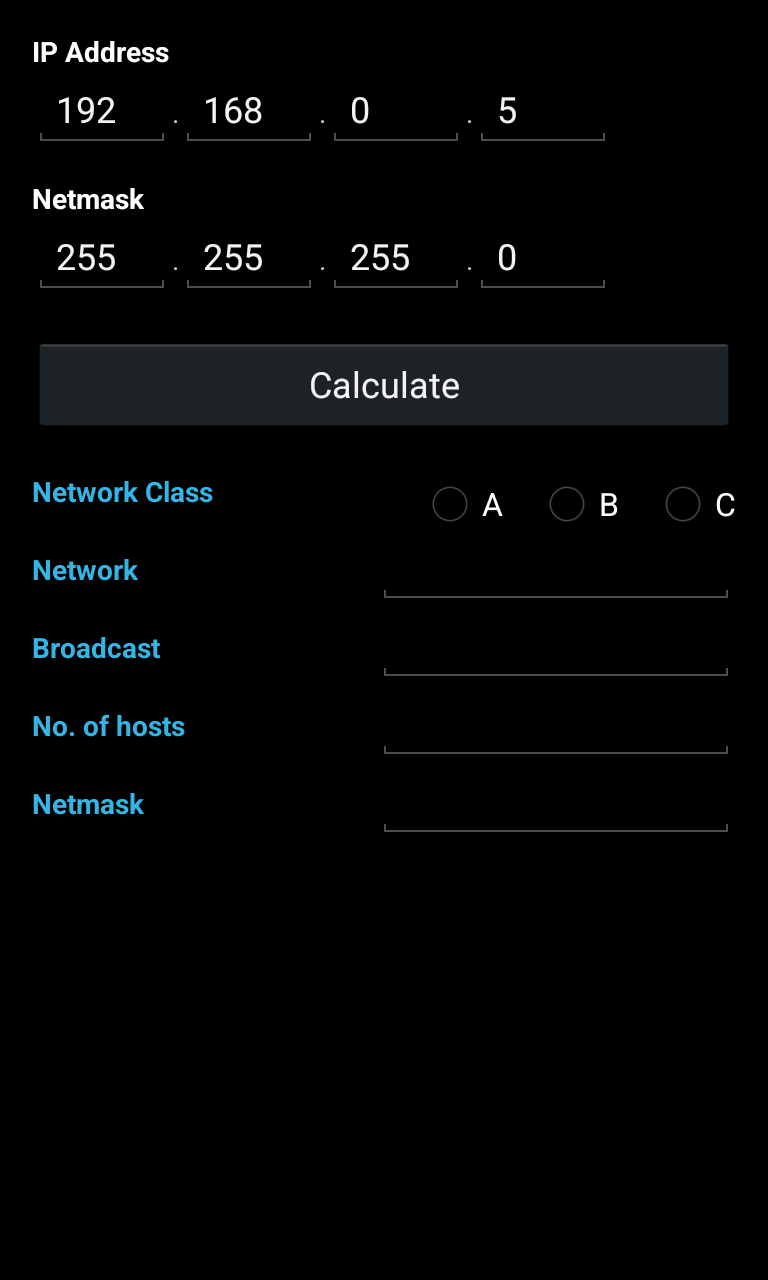
Repository: bighost/Simple-Subnetting
Layout: Android/SimpleSubnet/res/layout/activity_main.xml
These files come from the project's save history. The layout is drawn as it stood at one moment and after the next save; the edit follows.
It is drawn on a 768 x 1280 px phone screen (xhdpi) without system bars, with theme android:Theme.Holo; the app's code is not run.

Above is the layout before, as saved 2014-01-14 19:11:33.

### Android/SimpleSubnet/res/layout/activity_main.xml
<RelativeLayout xmlns:android="http://schemas.android.com/apk/res/android"
    xmlns:tools="http://schemas.android.com/tools"
    android:layout_width="match_parent"
    android:layout_height="match_parent"
    android:paddingBottom="@dimen/activity_vertical_margin"
    android:paddingLeft="@dimen/activity_horizontal_margin"
    android:paddingRight="@dimen/activity_horizontal_margin"
    android:paddingTop="@dimen/activity_vertical_margin"
    tools:context=".MainActivity" >

    <ScrollView
        android:id="@+id/scroll_view_main"
		android:layout_width="match_parent"
    	android:layout_height="match_parent"
        >

        <RelativeLayout
            android:layout_width="match_parent"
   			android:layout_height="match_parent"
            >
		    <TextView
		        android:id="@+id/text_view_ip_address"
		        android:layout_width="wrap_content"
		        android:layout_height="wrap_content"
		        android:layout_alignParentTop="true"
		        android:text="IP Address"
		        android:textAppearance="?android:attr/textAppearanceSmall"
		        android:textColor="@color/white"
		        android:textStyle="bold"
		        />

		    <EditText
		        android:id="@+id/ip1"
		        android:layout_width="@dimen/octet_width"
		        android:layout_height="wrap_content"
		        android:layout_alignParentLeft="true"
		        android:layout_below="@id/text_view_ip_address"
		        android:inputType="number"
		        android:maxLength="3"
		        android:singleLine="true"
		        android:text="192" />

		    <TextView
		        android:id="@+id/dot1"
		        android:layout_width="wrap_content"
		        android:layout_height="wrap_content"
		        android:layout_toRightOf="@id/ip1"
		        android:layout_alignBaseline="@id/ip1"
		        android:text="@string/dot"
		        />

		    <EditText
		        android:id="@+id/ip2"
		        android:layout_width="@dimen/octet_width"
		        android:layout_height="wrap_content"
		        android:layout_alignBaseline="@id/ip1"
		        android:layout_toRightOf="@id/dot1"
		        android:inputType="number"
		        android:maxLength="3"
		        android:singleLine="true"
		        android:text="168" />

		    <TextView
		        android:id="@+id/dot2"
		        android:layout_width="wrap_content"
		        android:layout_height="wrap_content"
		        android:layout_toRightOf="@id/ip2"
		        android:layout_alignBaseline="@id/ip2"
		        android:text="@string/dot"
		        />

		    <EditText
		        android:id="@+id/ip3"
		        android:layout_width="@dimen/octet_width"
		        android:layout_height="wrap_content"
		        android:layout_alignBaseline="@id/ip2"
		        android:layout_toRightOf="@id/dot2"
		        android:inputType="number"
		        android:maxLength="3"
		        android:singleLine="true"
		        android:text="0" />

		    <TextView
		        android:id="@+id/dot3"
		        android:layout_width="wrap_content"
		        android:layout_height="wrap_content"
		        android:layout_toRightOf="@id/ip3"
		        android:layout_alignBaseline="@id/ip3"
		        android:text="@string/dot"
		        />

		    <EditText
		        android:id="@+id/ip4"
		        android:layout_width="@dimen/octet_width"
		        android:layout_height="wrap_content"
		        android:layout_alignBaseline="@id/ip3"
		        android:layout_toRightOf="@id/dot3"
		        android:inputType="number"
		        android:maxLength="3"
		        android:singleLine="true"
		        android:text="5" />

			<TextView
		        android:id="@+id/text_view_netmask"
		        android:layout_width="wrap_content"
		        android:layout_height="wrap_content"
		        android:layout_below="@+id/ip1"
		        android:layout_marginTop="@dimen/spacing_small"
		        android:text="Netmask"
		        android:textAppearance="?android:attr/textAppearanceSmall"
		        android:textColor="@color/white"
		        android:textStyle="bold"
		        />

			<EditText
			    android:id="@+id/n1"
			    android:layout_width="@dimen/octet_width"
			    android:layout_height="wrap_content"
			    android:layout_alignParentLeft="true"
			    android:layout_below="@id/text_view_netmask"
			    android:inputType="number"
			    android:maxLength="3"
			    android:singleLine="true"
			    android:text="255" />

		    <TextView
		        android:id="@+id/dot2.1"
		        android:layout_width="wrap_content"
		        android:layout_height="wrap_content"
		        android:layout_toRightOf="@id/n1"
		        android:layout_alignBaseline="@id/n1"
		        android:text="@string/dot"
		        />

		    <EditText
		        android:id="@+id/n2"
		        android:layout_width="@dimen/octet_width"
		        android:layout_height="wrap_content"
		        android:layout_alignBaseline="@id/n1"
		        android:layout_toRightOf="@id/dot2.1"
		        android:inputType="number"
		        android:maxLength="3"
		        android:singleLine="true"
		        android:text="255" />

		    <TextView
		        android:id="@+id/dot2.2"
		        android:layout_width="wrap_content"
		        android:layout_height="wrap_content"
		        android:layout_toRightOf="@id/n2"
		        android:layout_alignBaseline="@id/n2"
		        android:text="@string/dot"
		        />

		    <EditText
		        android:id="@+id/n3"
		        android:layout_width="@dimen/octet_width"
		        android:layout_height="wrap_content"
		        android:layout_alignBaseline="@id/n2"
		        android:layout_toRightOf="@id/dot2.2"
		        android:inputType="number"
		        android:maxLength="3"
		        android:singleLine="true"
		        android:text="255" />

		    <TextView
		        android:id="@+id/dot2.3"
		        android:layout_width="wrap_content"
		        android:layout_height="wrap_content"
		        android:layout_toRightOf="@id/n3"
		        android:layout_alignBaseline="@id/n3"
		        android:text="@string/dot"
		        />

		    <EditText
		        android:id="@+id/n4"
		        android:layout_width="@dimen/octet_width"
		        android:layout_height="wrap_content"
		        android:layout_alignBaseline="@id/n3"
		        android:layout_toRightOf="@id/dot2.3"
		        android:inputType="number"
		        android:maxLength="3"
		        android:singleLine="true"
		        android:text="0" />

		    <Button
		        android:id="@+id/button_calculate"
		        android:layout_height="wrap_content"
		        android:layout_width="match_parent"
		        android:layout_below="@id/n1"
		        android:layout_alignParentLeft="true"
		        android:layout_marginTop="@dimen/spacing"
		        android:text="Calculate"
		        />

		    <RadioGroup
		        android:id="@+id/radio_group_view"
		        android:layout_width="wrap_content"
		        android:layout_height="wrap_content"
		        android:layout_alignRight="@+id/edit_text_network_address"
		        android:layout_alignTop="@+id/text_view_network_class"
		        android:orientation="horizontal"
		        >

		        <RadioButton
		            android:id="@+id/radio_button_a"
		            android:layout_width="wrap_content"
		            android:layout_height="wrap_content"
		            android:layout_marginLeft="30dp"
		            android:text="A"
		            android:focusable="false"
		            android:clickable="false"
		            />

		        <RadioButton
		            android:id="@+id/radio_button_b"
		            android:layout_width="wrap_content"
		            android:layout_height="wrap_content"
		            android:layout_marginLeft="16dp"
		            android:text="B"
		            android:focusable="false"
		            android:clickable="false"
		            />

		        <RadioButton
		            android:id="@+id/radio_button_c"
		            android:layout_width="wrap_content"
		            android:layout_height="wrap_content"
		            android:layout_marginLeft="16dp"
		            android:text="C"
		            android:focusable="false"
		            android:clickable="false"
		            />

		    </RadioGroup>

		    <TextView
		        android:id="@+id/text_view_network_class"
		        android:layout_width="wrap_content"
		        android:layout_height="wrap_content"
		        android:layout_below="@id/button_calculate"
		        android:layout_marginTop="@dimen/spacing"
		        android:text="Network Class"
		        android:textAppearance="?android:attr/textAppearanceSmall"
		        android:textColor="@color/subnetting_blue"
		        android:textStyle="bold"
		        />

		    <TextView
		        android:id="@+id/text_view_network_address"
		        android:layout_width="wrap_content"
		        android:layout_height="wrap_content"
		        android:layout_alignParentLeft="true"
		        android:layout_marginTop="@dimen/spacing"
		        android:layout_below="@+id/text_view_network_class"
		        android:text="Network"
		        android:textAppearance="?android:attr/textAppearanceSmall"
		        android:textColor="@color/subnetting_blue"
		        android:textStyle="bold"
		        />

		    <EditText
		        android:id="@+id/edit_text_network_address"
		        android:layout_width="@dimen/four_octet_width"
		        android:layout_height="wrap_content"
		        android:layout_alignBaseline="@id/text_view_network_address"
		        android:layout_alignParentRight="true"
		        android:inputType="text"
		        android:singleLine="true"
		        android:focusable="false"
		    	/>

		    <TextView
		        android:id="@+id/text_view_broadcast_address"
		        android:layout_width="wrap_content"
		        android:layout_height="wrap_content"
		        android:layout_marginTop="@dimen/spacing"
		        android:layout_alignParentLeft="true"
		        android:layout_below="@+id/text_view_network_address"
		        android:text="Broadcast"
		        android:textAppearance="?android:attr/textAppearanceSmall"
		        android:textColor="@color/subnetting_blue"
		        android:textStyle="bold"
		        />

		    <EditText
		        android:id="@+id/edit_text_broadcast_address"
		        android:layout_width="@dimen/four_octet_width"
		        android:layout_height="wrap_content"
		        android:layout_alignBaseline="@id/text_view_broadcast_address"
		        android:layout_alignParentRight="true"
		        android:inputType="text"
		        android:singleLine="true"
		        android:focusable="false"
		    	/>

		    <TextView
		        android:id="@+id/text_view_number_of_hosts"
		        android:layout_width="wrap_content"
		        android:layout_height="wrap_content"
		        android:layout_marginTop="@dimen/spacing"
		        android:layout_alignParentLeft="true"
		        android:layout_below="@+id/text_view_broadcast_address"
		        android:text="No. of hosts"
		        android:textAppearance="?android:attr/textAppearanceSmall"
		        android:textColor="@color/subnetting_blue"
		        android:textStyle="bold"
		        />

		    <EditText
		        android:id="@+id/edit_text_number_of_hosts"
		        android:layout_width="@dimen/four_octet_width"
		        android:layout_height="wrap_content"
		        android:layout_alignBaseline="@id/text_view_number_of_hosts"
		        android:layout_alignParentRight="true"
		        android:inputType="text"
		        android:singleLine="true"
		        android:focusable="false"
		    	/>

		    <TextView
		        android:id="@+id/text_view_netmask_slash"
		        android:layout_width="wrap_content"
		        android:layout_height="wrap_content"
		        android:layout_marginTop="@dimen/spacing"
		        android:layout_alignParentLeft="true"
		        android:layout_below="@+id/text_view_number_of_hosts"
		        android:text="Netmask"
		        android:textAppearance="?android:attr/textAppearanceSmall"
		        android:textColor="@color/subnetting_blue"
		        android:textStyle="bold"
		        />

		    <EditText
		        android:id="@+id/edit_text_netmask_slash"
		        android:layout_width="@dimen/four_octet_width"
		        android:layout_height="wrap_content"
		        android:layout_alignBaseline="@id/text_view_netmask_slash"
		        android:layout_alignParentRight="true"
		        android:inputType="text"
		        android:singleLine="true"
		        android:focusable="false"
		    	/>

		   <TextView
		        android:id="@+id/text_view_sentence"
		        android:layout_width="wrap_content"
		        android:layout_height="wrap_content"
		        android:layout_marginTop="@dimen/spacing"
		        android:layout_alignParentLeft="true"
		        android:layout_below="@+id/text_view_netmask_slash"
		        android:text=""
		        android:textAppearance="?android:attr/textAppearanceSmall"
		        android:textColor="@color/subnetting_blue"
		        android:textStyle="bold"
		        />
    	</RelativeLayout>
	</ScrollView>
</RelativeLayout>

### Android/SimpleSubnet/res/values/dimens.xml
<resources>

    <!-- Default screen margins, per the Android Design guidelines. -->
    <dimen name="activity_horizontal_margin">16dp</dimen>
    <dimen name="activity_vertical_margin">16dp</dimen>
    <dimen name="octet_width">70dp</dimen>
    <dimen name="four_octet_width">180dp</dimen>
    <dimen name="spacing">20dp</dimen>
    <dimen name="spacing_small">15dp</dimen>
    <dimen name="text_bigger">15sp</dimen>


</resources>

### Android/SimpleSubnet/res/values/colors.xml
<?xml version="1.0" encoding="utf-8"?>
<resources>
    <color name="subnetting_blue">#33B5E5</color>
    <color name="white">#ffffff</color>

</resources>

### Android/SimpleSubnet/res/values/strings.xml
<?xml version="1.0" encoding="utf-8"?>
<resources>

    <string name="app_name">SimpleSubnetting</string>
    <string name="action_settings">Settings</string>
    <string name="hello_world">Hello world!</string>
	<string name="dot">.</string>
	<string name="incomplete_data">Incomplete data</string>
	<string name="incomplete_data_message">Please fill in correctly the IP address and netmask.</string>
	<string name="sentence">Your IP belongs to the network #, which is a # class network, supporting a total of # hosts. The network address is #, the broadcast address is #, also written as /#.</string>

</resources>

After the next save:
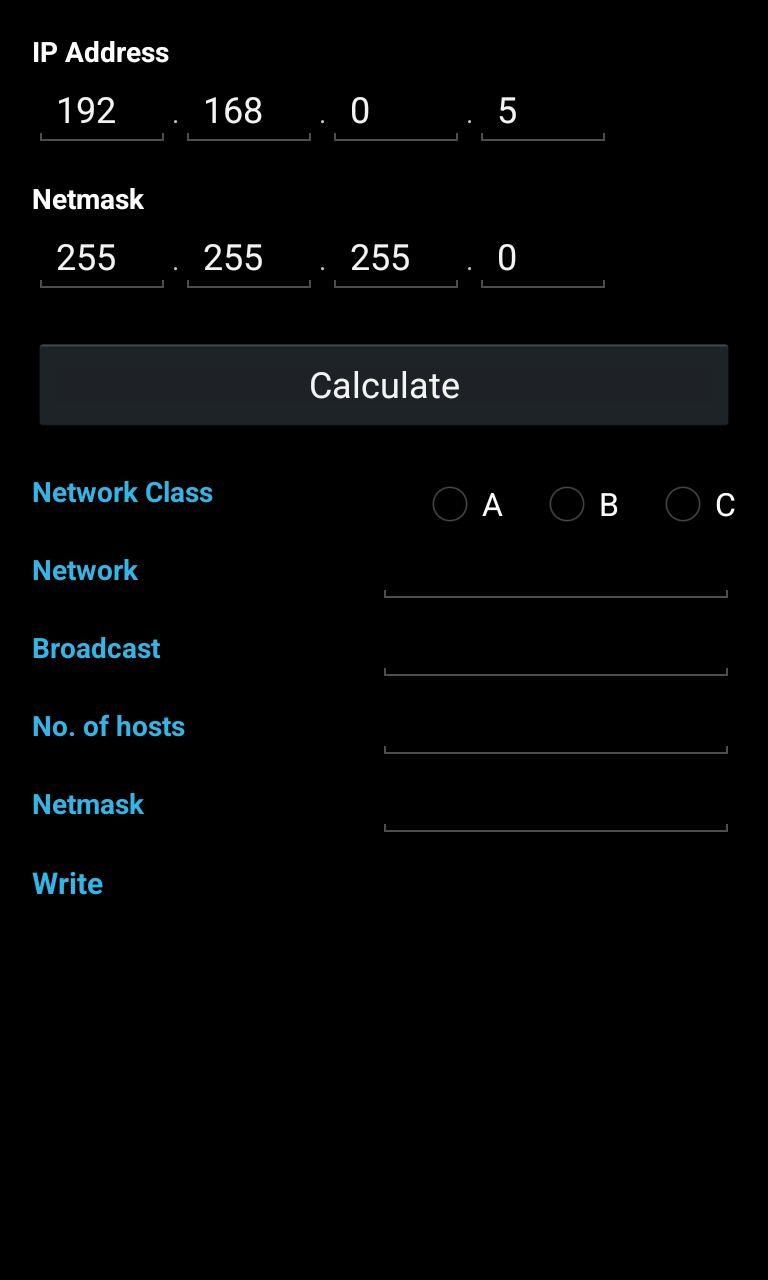
Saved 10 s later.
--- a/Android/SimpleSubnet/res/layout/activity_main.xml
+++ b/Android/SimpleSubnet/res/layout/activity_main.xml
@@ -349,7 +349,8 @@
 		        android:layout_marginTop="@dimen/spacing"
 		        android:layout_alignParentLeft="true"
 		        android:layout_below="@+id/text_view_netmask_slash"
-		        android:text=""
+		        android:text="Write"
+		        android:textSize="@dimen/text_bigger"
 		        android:textAppearance="?android:attr/textAppearanceSmall"
 		        android:textColor="@color/subnetting_blue"
 		        android:textStyle="bold"
